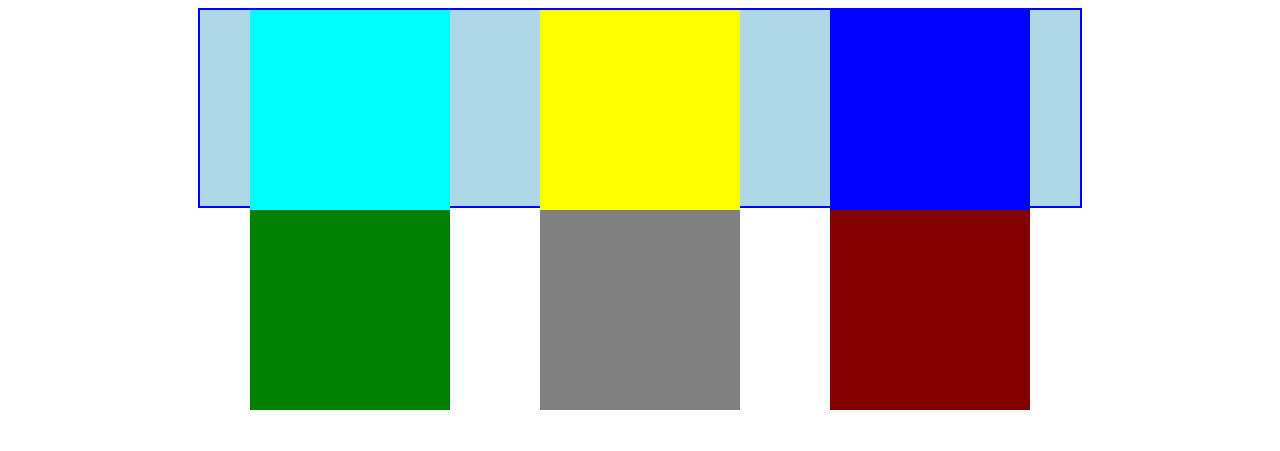
Repository: Sayan-100/Javascript
Page: PR4/index.html
The author's editor kept a copy of each file at every save. The page is drawn from the files as they stood at one save, then again after the next save.
The browser window is 1280 px wide. The pictures show the whole page.

Above is the page before, as saved 2022-01-10 13:02:42.

After the next save:
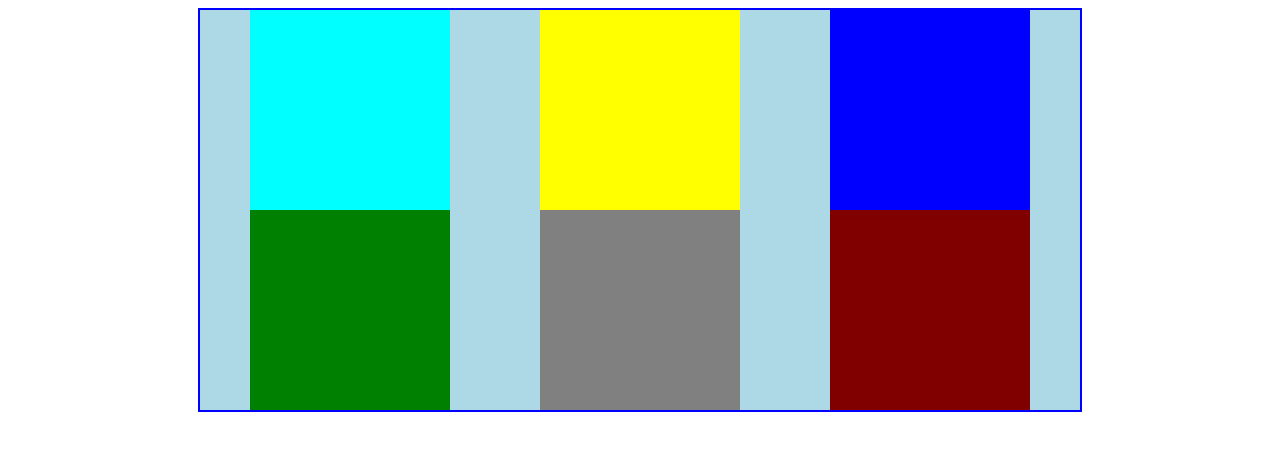
Saved 26 s later.
--- a/PR4/style.css
+++ b/PR4/style.css
@@ -39,7 +39,7 @@ section {
     box-sizing: border-box;
     display: flex;
     flex-wrap: wrap;
-    /* height: 400px; */
+    height: 100%;
     width: 70%;
     justify-content: space-between;
     background-color: lightblue;
